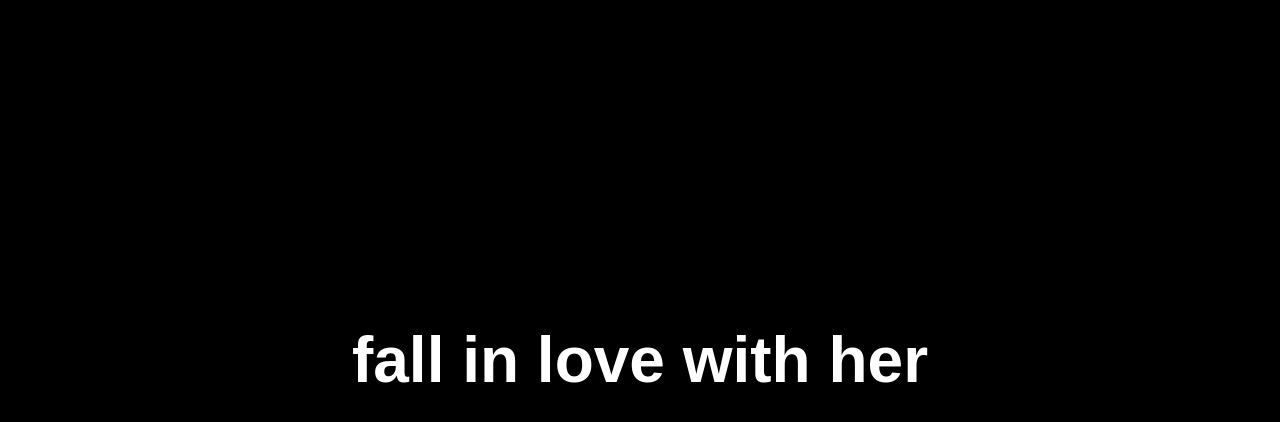
Repository: triumph-star/CSS-practice
Page: One CSS per day/broken/index.html
These files come from the project's save history. The page is drawn as it stood at one moment and after a run of saves; the edit follows.
The browser window is 1280 px wide. The pictures show the whole page.
Some web fonts or font styles are not loaded; a fallback is used.

Above is the page before, as saved 2020-11-13 15:59:53.

### One CSS per day/broken/index.html
<!DOCTYPE html>
<html lang="zh-cn">
<head>
  <meta charset="UTF-8">
  <meta name="viewport" content="width=device-width, initial-scale=1.0">
  <title>broken-text</title>
  <link rel="stylesheet" href="./css.css"></link>
</head>
<body>
  <h2>fall in love with her</h2>
</body>
</html>

### One CSS per day/broken/css.css
@import url(./font.css);

*{
  margin: 0;
  padding: 0;
  font-family: 'Poppins', sans-serif;
}

body{

  display: flex;
  justify-content: center;
  align-items: center;
  min-height: 100vh;
  background: #000000;
}

h2{
  position: relative;
  margin: 0;
  font-size: 4em;
  font-weight: 900;
  color: #ffffff;
  z-index: 1;
  overflow: hidden;
}

### One CSS per day/broken/font.css
/* devanagari */
@font-face {
  font-family: 'Poppins';
  font-style: normal;
  font-weight: 400;
  font-display: swap;
  src: local('Poppins Regular'), local('Poppins-Regular'), url(https://fonts.gstatic.com/s/poppins/v15/pxiEyp8kv8JHgFVrJJbecmNE.woff2) format('woff2');
  unicode-range: U+0900-097F, U+1CD0-1CF6, U+1CF8-1CF9, U+200C-200D, U+20A8, U+20B9, U+25CC, U+A830-A839, U+A8E0-A8FB;
}

/* latin-ext */
@font-face {
  font-family: 'Poppins';
  font-style: normal;
  font-weight: 400;
  font-display: swap;
  src: local('Poppins Regular'), local('Poppins-Regular'), url(https://fonts.gstatic.com/s/poppins/v15/pxiEyp8kv8JHgFVrJJnecmNE.woff2) format('woff2');
  unicode-range: U+0100-024F, U+0259, U+1E00-1EFF, U+2020, U+20A0-20AB, U+20AD-20CF, U+2113, U+2C60-2C7F, U+A720-A7FF;
}

/* latin */
@font-face {
  font-family: 'Poppins';
  font-style: normal;
  font-weight: 400;
  font-display: swap;
  src: local('Poppins Regular'), local('Poppins-Regular'), url(https://fonts.gstatic.com/s/poppins/v15/pxiEyp8kv8JHgFVrJJfecg.woff2) format('woff2');
  unicode-range: U+0000-00FF, U+0131, U+0152-0153, U+02BB-02BC, U+02C6, U+02DA, U+02DC, U+2000-206F, U+2074, U+20AC, U+2122, U+2191, U+2193, U+2212, U+2215, U+FEFF, U+FFFD;
}

/* devanagari */
@font-face {
  font-family: 'Poppins';
  font-style: normal;
  font-weight: 500;
  font-display: swap;
  src: local('Poppins Medium'), local('Poppins-Medium'), url(https://fonts.gstatic.com/s/poppins/v15/pxiByp8kv8JHgFVrLGT9Z11lFc-K.woff2) format('woff2');
  unicode-range: U+0900-097F, U+1CD0-1CF6, U+1CF8-1CF9, U+200C-200D, U+20A8, U+20B9, U+25CC, U+A830-A839, U+A8E0-A8FB;
}

/* latin-ext */
@font-face {
  font-family: 'Poppins';
  font-style: normal;
  font-weight: 500;
  font-display: swap;
  src: local('Poppins Medium'), local('Poppins-Medium'), url(https://fonts.gstatic.com/s/poppins/v15/pxiByp8kv8JHgFVrLGT9Z1JlFc-K.woff2) format('woff2');
  unicode-range: U+0100-024F, U+0259, U+1E00-1EFF, U+2020, U+20A0-20AB, U+20AD-20CF, U+2113, U+2C60-2C7F, U+A720-A7FF;
}

/* latin */
@font-face {
  font-family: 'Poppins';
  font-style: normal;
  font-weight: 500;
  font-display: swap;
  src: local('Poppins Medium'), local('Poppins-Medium'), url(https://fonts.gstatic.com/s/poppins/v15/pxiByp8kv8JHgFVrLGT9Z1xlFQ.woff2) format('woff2');
  unicode-range: U+0000-00FF, U+0131, U+0152-0153, U+02BB-02BC, U+02C6, U+02DA, U+02DC, U+2000-206F, U+2074, U+20AC, U+2122, U+2191, U+2193, U+2212, U+2215, U+FEFF, U+FFFD;
}

/* devanagari */
@font-face {
  font-family: 'Poppins';
  font-style: normal;
  font-weight: 600;
  font-display: swap;
  src: local('Poppins SemiBold'), local('Poppins-SemiBold'), url(https://fonts.gstatic.com/s/poppins/v15/pxiByp8kv8JHgFVrLEj6Z11lFc-K.woff2) format('woff2');
  unicode-range: U+0900-097F, U+1CD0-1CF6, U+1CF8-1CF9, U+200C-200D, U+20A8, U+20B9, U+25CC, U+A830-A839, U+A8E0-A8FB;
}

/* latin-ext */
@font-face {
  font-family: 'Poppins';
  font-style: normal;
  font-weight: 600;
  font-display: swap;
  src: local('Poppins SemiBold'), local('Poppins-SemiBold'), url(https://fonts.gstatic.com/s/poppins/v15/pxiByp8kv8JHgFVrLEj6Z1JlFc-K.woff2) format('woff2');
  unicode-range: U+0100-024F, U+0259, U+1E00-1EFF, U+2020, U+20A0-20AB, U+20AD-20CF, U+2113, U+2C60-2C7F, U+A720-A7FF;
}

/* latin */
@font-face {
  font-family: 'Poppins';
  font-style: normal;
  font-weight: 600;
  font-display: swap;
  src: local('Poppins SemiBold'), local('Poppins-SemiBold'), url(https://fonts.gstatic.com/s/poppins/v15/pxiByp8kv8JHgFVrLEj6Z1xlFQ.woff2) format('woff2');
  unicode-range: U+0000-00FF, U+0131, U+0152-0153, U+02BB-02BC, U+02C6, U+02DA, U+02DC, U+2000-206F, U+2074, U+20AC, U+2122, U+2191, U+2193, U+2212, U+2215, U+FEFF, U+FFFD;
}

/* devanagari */
@font-face {
  font-family: 'Poppins';
  font-style: normal;
  font-weight: 700;
  font-display: swap;
  src: local('Poppins Bold'), local('Poppins-Bold'), url(https://fonts.gstatic.com/s/poppins/v15/pxiByp8kv8JHgFVrLCz7Z11lFc-K.woff2) format('woff2');
  unicode-range: U+0900-097F, U+1CD0-1CF6, U+1CF8-1CF9, U+200C-200D, U+20A8, U+20B9, U+25CC, U+A830-A839, U+A8E0-A8FB;
}

/* latin-ext */
@font-face {
  font-family: 'Poppins';
  font-style: normal;
  font-weight: 700;
  font-display: swap;
  src: local('Poppins Bold'), local('Poppins-Bold'), url(https://fonts.gstatic.com/s/poppins/v15/pxiByp8kv8JHgFVrLCz7Z1JlFc-K.woff2) format('woff2');
  unicode-range: U+0100-024F, U+0259, U+1E00-1EFF, U+2020, U+20A0-20AB, U+20AD-20CF, U+2113, U+2C60-2C7F, U+A720-A7FF;
}

/* latin */
@font-face {
  font-family: 'Poppins';
  font-style: normal;
  font-weight: 700;
  font-display: swap;
  src: local('Poppins Bold'), local('Poppins-Bold'), url(https://fonts.gstatic.com/s/poppins/v15/pxiByp8kv8JHgFVrLCz7Z1xlFQ.woff2) format('woff2');
  unicode-range: U+0000-00FF, U+0131, U+0152-0153, U+02BB-02BC, U+02C6, U+02DA, U+02DC, U+2000-206F, U+2074, U+20AC, U+2122, U+2191, U+2193, U+2212, U+2215, U+FEFF, U+FFFD;
}

/* devanagari */
@font-face {
  font-family: 'Poppins';
  font-style: normal;
  font-weight: 800;
  font-display: swap;
  src: local('Poppins ExtraBold'), local('Poppins-ExtraBold'), url(https://fonts.gstatic.com/s/poppins/v15/pxiByp8kv8JHgFVrLDD4Z11lFc-K.woff2) format('woff2');
  unicode-range: U+0900-097F, U+1CD0-1CF6, U+1CF8-1CF9, U+200C-200D, U+20A8, U+20B9, U+25CC, U+A830-A839, U+A8E0-A8FB;
}

/* latin-ext */
@font-face {
  font-family: 'Poppins';
  font-style: normal;
  font-weight: 800;
  font-display: swap;
  src: local('Poppins ExtraBold'), local('Poppins-ExtraBold'), url(https://fonts.gstatic.com/s/poppins/v15/pxiByp8kv8JHgFVrLDD4Z1JlFc-K.woff2) format('woff2');
  unicode-range: U+0100-024F, U+0259, U+1E00-1EFF, U+2020, U+20A0-20AB, U+20AD-20CF, U+2113, U+2C60-2C7F, U+A720-A7FF;
}

/* latin */
@font-face {
  font-family: 'Poppins';
  font-style: normal;
  font-weight: 800;
  font-display: swap;
  src: local('Poppins ExtraBold'), local('Poppins-ExtraBold'), url(https://fonts.gstatic.com/s/poppins/v15/pxiByp8kv8JHgFVrLDD4Z1xlFQ.woff2) format('woff2');
  unicode-range: U+0000-00FF, U+0131, U+0152-0153, U+02BB-02BC, U+02C6, U+02DA, U+02DC, U+2000-206F, U+2074, U+20AC, U+2122, U+2191, U+2193, U+2212, U+2215, U+FEFF, U+FFFD;
}

/* devanagari */
@font-face {
  font-family: 'Poppins';
  font-style: normal;
  font-weight: 900;
  font-display: swap;
  src: local('Poppins Black'), local('Poppins-Black'), url(https://fonts.gstatic.com/s/poppins/v15/pxiByp8kv8JHgFVrLBT5Z11lFc-K.woff2) format('woff2');
  unicode-range: U+0900-097F, U+1CD0-1CF6, U+1CF8-1CF9, U+200C-200D, U+20A8, U+20B9, U+25CC, U+A830-A839, U+A8E0-A8FB;
}

/* latin-ext */
@font-face {
  font-family: 'Poppins';
  font-style: normal;
  font-weight: 900;
  font-display: swap;
  src: local('Poppins Black'), local('Poppins-Black'), url(https://fonts.gstatic.com/s/poppins/v15/pxiByp8kv8JHgFVrLBT5Z1JlFc-K.woff2) format('woff2');
  unicode-range: U+0100-024F, U+0259, U+1E00-1EFF, U+2020, U+20A0-20AB, U+20AD-20CF, U+2113, U+2C60-2C7F, U+A720-A7FF;
}

/* latin */
@font-face {
  font-family: 'Poppins';
  font-style: normal;
  font-weight: 900;
  font-display: swap;
  src: local('Poppins Black'), local('Poppins-Black'), url(https://fonts.gstatic.com/s/poppins/v15/pxiByp8kv8JHgFVrLBT5Z1xlFQ.woff2) format('woff2');
  unicode-range: U+0000-00FF, U+0131, U+0152-0153, U+02BB-02BC, U+02C6, U+02DA, U+02DC, U+2000-206F, U+2074, U+20AC, U+2122, U+2191, U+2193, U+2212, U+2215, U+FEFF, U+FFFD;
}

After the next 5 saves:
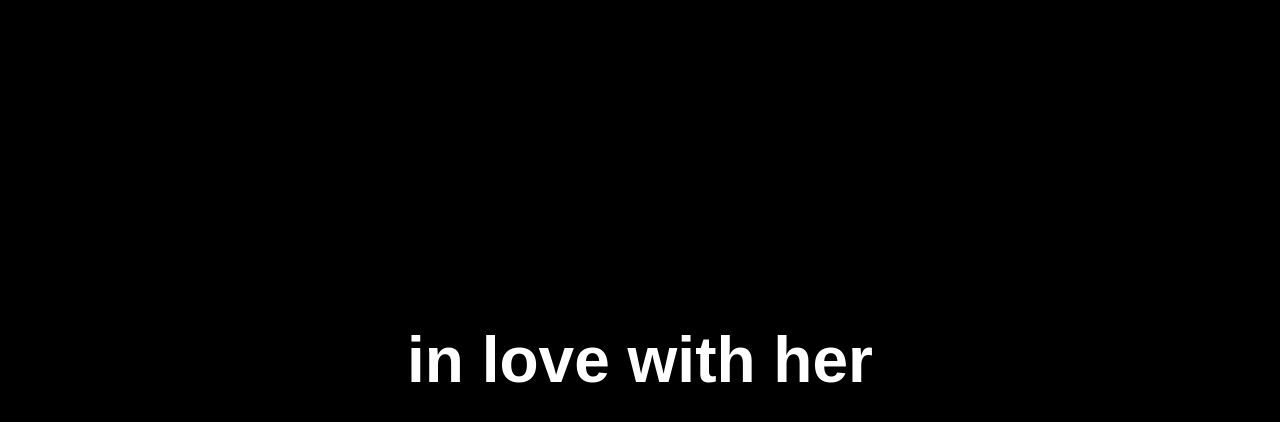
The 5 saves are shown as one change because they came seconds apart.
The last was saved 38 s later.
--- a/One CSS per day/broken/index.html
+++ b/One CSS per day/broken/index.html
@@ -7,6 +7,6 @@
   <link rel="stylesheet" href="./css.css"></link>
 </head>
 <body>
-  <h2>fall in love with her</h2>
+  <h2><span></span> in love with her</h2>
 </body>
 </html>
